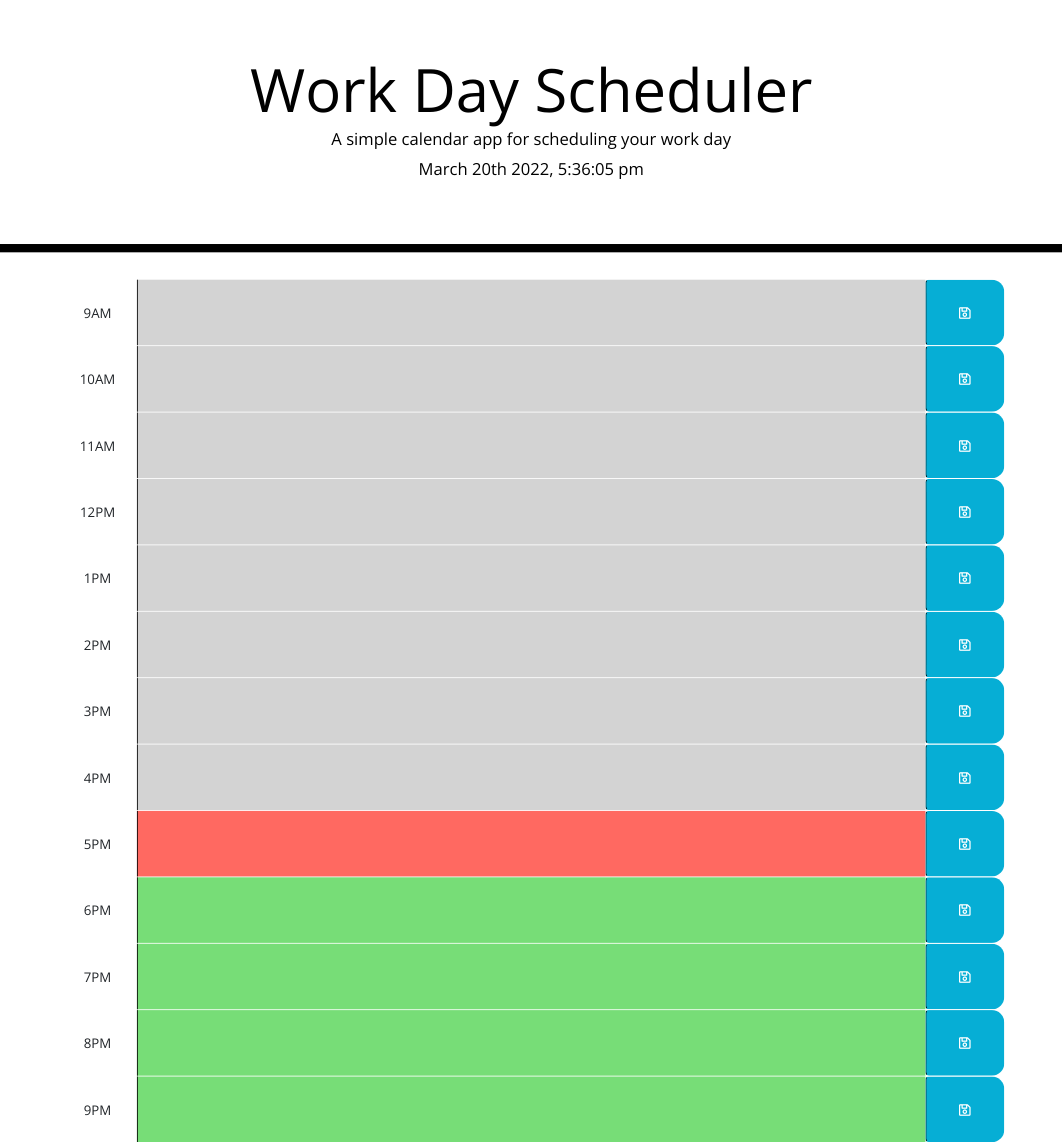
Repository: cobalt88/work-day-scheduler
Page: index.html
An editor plug-in stored every save of this project. The page is shown before and after the next save, followed by the edit.
The browser window is 1280 px wide. The pictures show the whole page, at 83% of full size.
Some web libraries are served in a nearby version.

Above is the page before, as saved 2022-03-25 20:50:35.

After the next save:
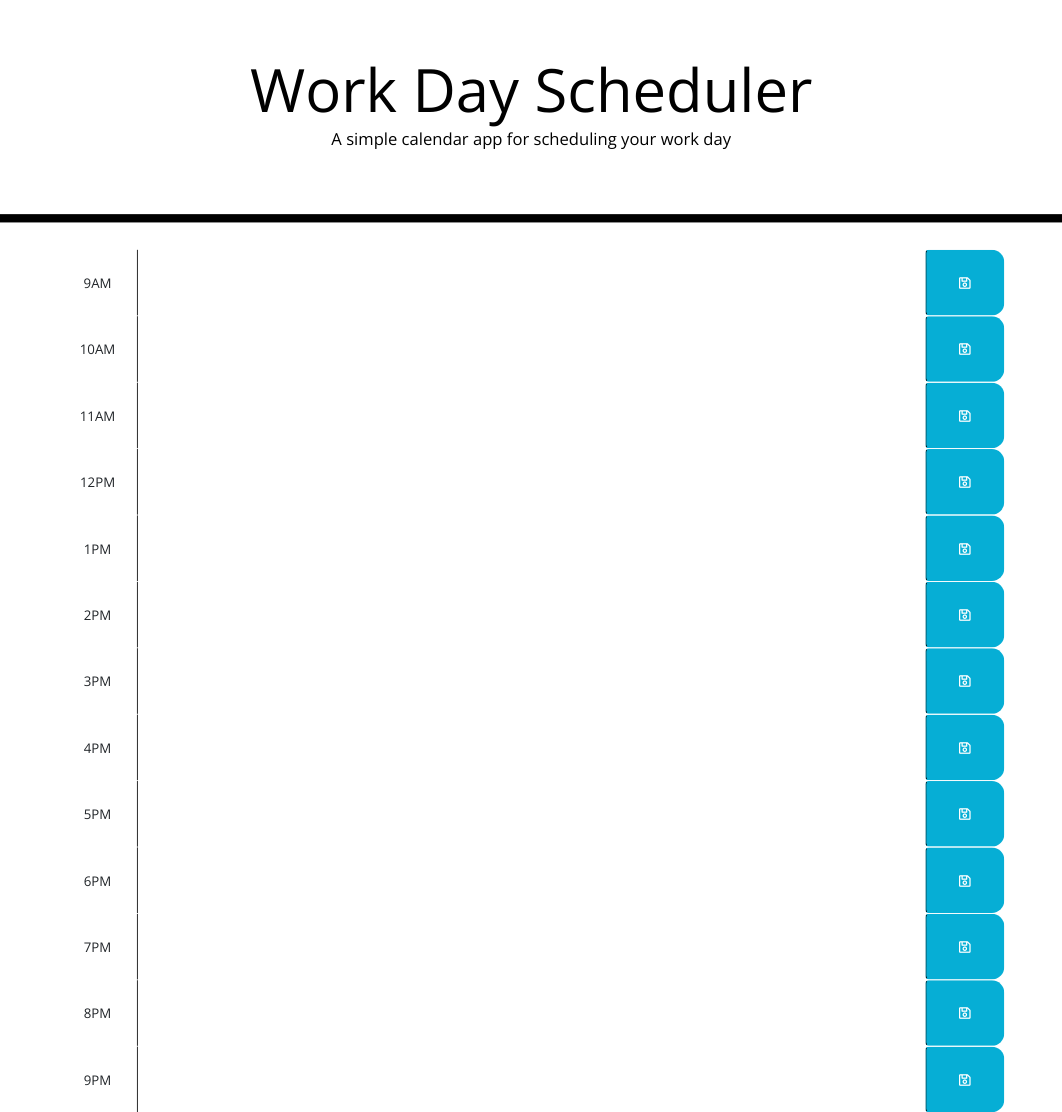
Console error: SyntaxError: Unexpected token '}'
Saved 30 s later.
--- a/assets/logic.js
+++ b/assets/logic.js
@@ -35,7 +35,8 @@
 });
 
 // function loadContent() {
-for (var i = 8; i < 24; i++) {
+// for (var i = 8; i < 24; i++) {
+  var i = 9
   // var savedContent = localStorage.getItem(i);
   var textAreaEl = document.getElementById(`hr${i}`);
   // textAreaEl.textContent = savedContent;

After the save that followed:
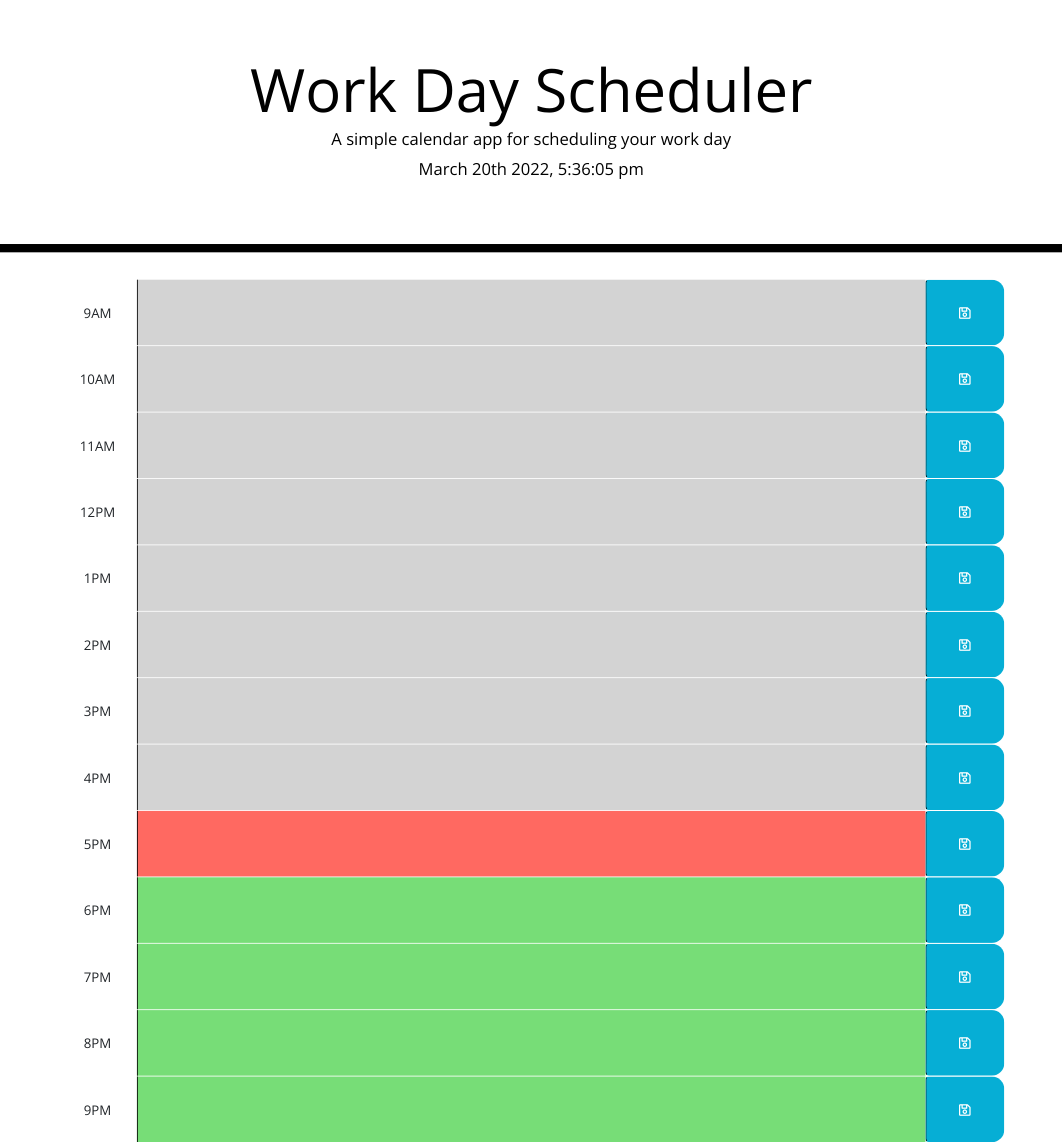
The error is gone.
Saved 12 s later.
--- a/assets/logic.js
+++ b/assets/logic.js
@@ -43,6 +43,6 @@
   console.log(textAreaEl);
 // }
 
-}
+// }
 // loadContent();
 updateTime();
